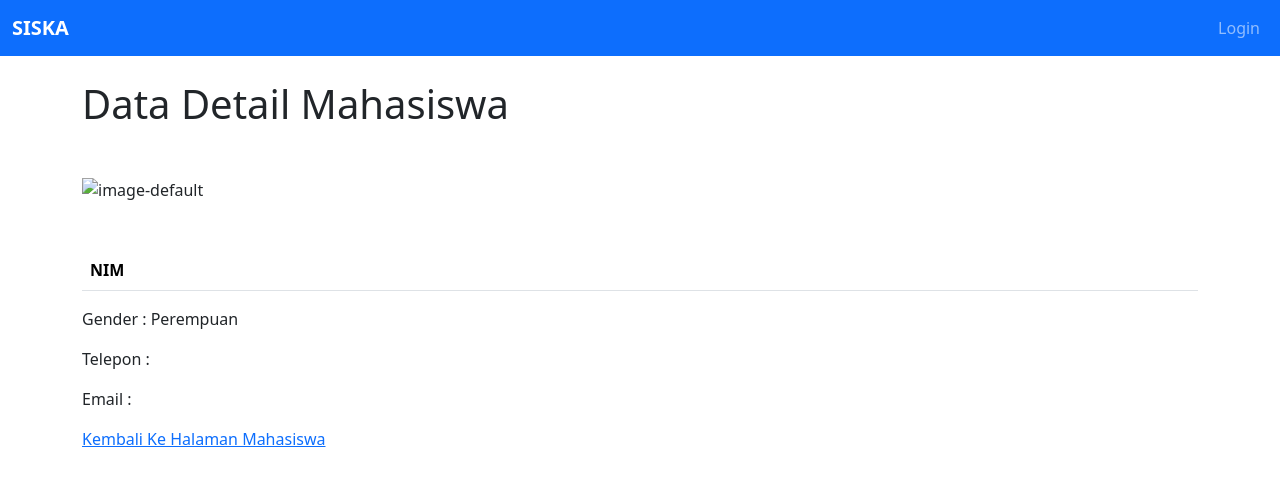
Repository: WiraAtma/administrasi-kampus
Page: resources/views/mahasiswa-detail.blade.php
An editor plug-in stored every save of this project. The page is shown before and after the next save, followed by the edit.
The browser window is 1280 px wide. The pictures show the whole page.
The page is served by the project's Laravel application, run on PHP 8.4 with Laravel 12. Other server files are loaded and not shown. The template is opened directly, without the code that normally fills it, so the values that code supplies are empty.

Above is the page before, as saved 2024-10-26 16:07:16.

### routes/web.php
<?php

use App\Http\Controllers\AuthController;
use App\Http\Controllers\FakultasController;
use App\Http\Controllers\MahasiswaController;
use App\Http\Controllers\ProdiController;
use App\Http\Middleware\AdminAccess;
use App\Http\Middleware\DosenAccess;
use Illuminate\Support\Facades\Route;

Route::get('/', function() {
    return view('home');
});

Route::get('/login', [AuthController::class, 'login'])->name('login')->middleware('guest');
Route::post('/login', [AuthController::class, 'authenticing'])->middleware('guest');
Route::get('/logout', [AuthController::class, 'logout']);

Route::get('/mahasiswa', [MahasiswaController::class, 'index'])->middleware('auth');
Route::get('/mahasiswa-detail/{id}', [MahasiswaController::class, 'show'])->middleware('auth');
Route::get('/mahasiswa-create', [MahasiswaController::class, 'create'])->middleware([AdminAccess::class]);
Route::post('/filter-mahasiswa', [MahasiswaController::class, 'store'])->middleware([AdminAccess::class]);
Route::get('/mahasiswa-edit/{id}', [MahasiswaController::class, 'edit'])->middleware([DosenAccess::class]);
Route::put('/filter-mahasiswa/{id}', [MahasiswaController::class, 'update'])->middleware([DosenAccess::class]);
Route::get('/mahasiswa-delete/{id}', [MahasiswaController::class, 'delete'])->middleware([AdminAccess::class]);
Route::delete('/filter-delete-mahasiswa/{id}', [MahasiswaController::class, 'destroy'])->middleware([AdminAccess::class]);
Route::get('/mahasiswa-temporary', [MahasiswaController::class, 'mahasiswaDeleted'])->middleware([AdminAccess::class]);
Route::get('/filter-restore-mahasiswa/{id}', [MahasiswaController::class, 'restore'])->middleware([AdminAccess::class]);

Route::get('/prodi', [ProdiController::class, 'index'])->middleware('auth');
Route::get('/prodi-detail/{id}', [ProdiController::class, 'show'])->middleware('auth');
Route::get('/prodi-create', [ProdiController::class, 'create'])->middleware([AdminAccess::class]);
Route::post('/filter-prodi', [ProdiController::class, 'store'])->middleware([AdminAccess::class]);
Route::get('/prodi-edit/{id}', [ProdiController::class, 'edit'])->middleware([DosenAccess::class]);
Route::post('/filter-prodi/{id}', [ProdiController::class, 'update'])->middleware([DosenAccess::class]);
Route::get('/prodi-delete/{id}', [ProdiController::class, 'delete'])->middleware([AdminAccess::class]);
Route::delete('/filter-delete-prodi/{id}', [ProdiController::class, 'destroy'])->middleware(AdminAccess::class);
Route::get('/prodi-temporary', [ProdiController::class, 'prodiDeleted'])->middleware([AdminAccess::class]);
Route::get('/filter-restore-prodi/{id}', [ProdiController::class, 'restore'])->middleware([AdminAccess::class]);

Route::get('/fakultas', [FakultasController::class, 'index'])->middleware('auth');

### resources/views/mahasiswa-detail.blade.php
@extends('layouts.mainLayouts')

@section('title','Detail Mahasiswa')

@section('content')
    <h1>Data Detail Mahasiswa</h1>
    <div class="my-5">
        @if ($mahasiswa->image != '')
            <img src="{{ asset('storage/photo/'. $mahasiswa->image) }}" alt="image" style="width:200px">
        @else
            <img src="{{ asset('storage/default/defaultPhoto.jpg') }}" alt="image-default" style="width:200px">
        @endif

    </div>
    <div class="mt-5">
        <table class="table" style="wid">
            <tr>
                <th>NIM</th>
                <td>{{ $mahasiswa->nim }}</td>
            </tr>
        </table>
        {{-- <p>NIM : </p>
        <p>Nama : {{ $mahasiswa->name }}</p>
        <p>Prodi : {{ $mahasiswa->prodi->name }}</p>
        <p>Fakultas :
            {{ $mahasiswa->prodi->fakultas->name }}
        </p> --}}
        <p>
            Gender :
            @if ($mahasiswa->gender === 'L')
                Laki - Laki
            @else
                Perempuan
            @endif
        </p>
        <p>Telepon : {{ $mahasiswa->phone }}</p>
        <p>Email : {{ $mahasiswa->email }}</p>
    </div>
    <a href="/mahasiswa">Kembali Ke Halaman Mahasiswa</a>
@endsection

### resources/views/layouts/mainLayouts.blade.php
<!DOCTYPE html>
<html lang="en">
<head>
    <meta charset="UTF-8">
    <meta name="viewport" content="width=device-width, initial-scale=1.0">
    <meta http-equiv="X-UA-Compatible" content="ie=edge">
    <title>SISKA | @yield('title')</title>
    <link href="https://cdn.jsdelivr.net/npm/bootstrap@5.3.3/dist/css/bootstrap.min.css" rel="stylesheet" integrity="sha384-QWTKZyjpPEjISv5WaRU9OFeRpok6YctnYmDr5pNlyT2bRjXh0JMhjY6hW+ALEwIH" crossorigin="anonymous">
</head>
<body>
    <nav class="navbar sticky-top bg-primary navbar-expand-lg" data-bs-theme="dark">
        <div class="container-fluid">
          <a class="navbar-brand" href="/" style="font-weight: bold">SISKA</a>
          <button class="navbar-toggler" type="button" data-bs-toggle="collapse" data-bs-target="#navbarTogglerDemo02" aria-controls="navbarTogglerDemo02" aria-expanded="false" aria-label="Toggle navigation">
            <span class="navbar-toggler-icon"></span>
          </button>
          <div class="collapse navbar-collapse" id="navbarTogglerDemo02">
              <ul class="navbar-nav me-auto mb-2 mb-lg-0">
              @if(auth()->check() && auth()->user()->name != '')
              @else
                <li class="nav-item">
                  <a class="nav-link invisible {{ request()->is('/') ? 'active' : ''}}" href="/">Beranda</a>
                </li>
              @endif
              @if(auth()->check() && auth()->user()->name != '')
                <li class="nav-item">
                  <a class="nav-link {{ request()->is('mahasiswa') ? 'active' : ''}}" href="/mahasiswa">Mahasiswa</a>
                </li>
                <li class="nav-item">
                  <a class="nav-link {{ request()->is('prodi') ? 'active' : ''}}" href="/prodi">Program Studi</a>
                </li>
                <li class="nav-item">
                  <a class="nav-link {{ request()->is('fakultas') ? 'active' : ''}}" href="/fakultas">Fakultas Kampus</a>
                </li>
              @else
              @endif
              </ul>
            <ul class="navbar-nav">
              <li class="nav-item">
                @if(auth()->check() && auth()->user()->name != '')
                  <a href="/logout" class="nav-link">Logout</a>
                @else
                  <a href="/login" class="nav-link">Login</a>
                @endif
              </li>
            </ul>
          </div>
        </div>
    </nav>
    <div class="container mt-4">
        @yield('content')
    </div>
    <script src="https://cdn.jsdelivr.net/npm/bootstrap@5.3.3/dist/js/bootstrap.bundle.min.js" integrity="sha384-YvpcrYf0tY3lHB60NNkmXc5s9fDVZLESaAA55NDzOxhy9GkcIdslK1eN7N6jIeHz" crossorigin="anonymous"></script>
</body>
</html>

After the next save:
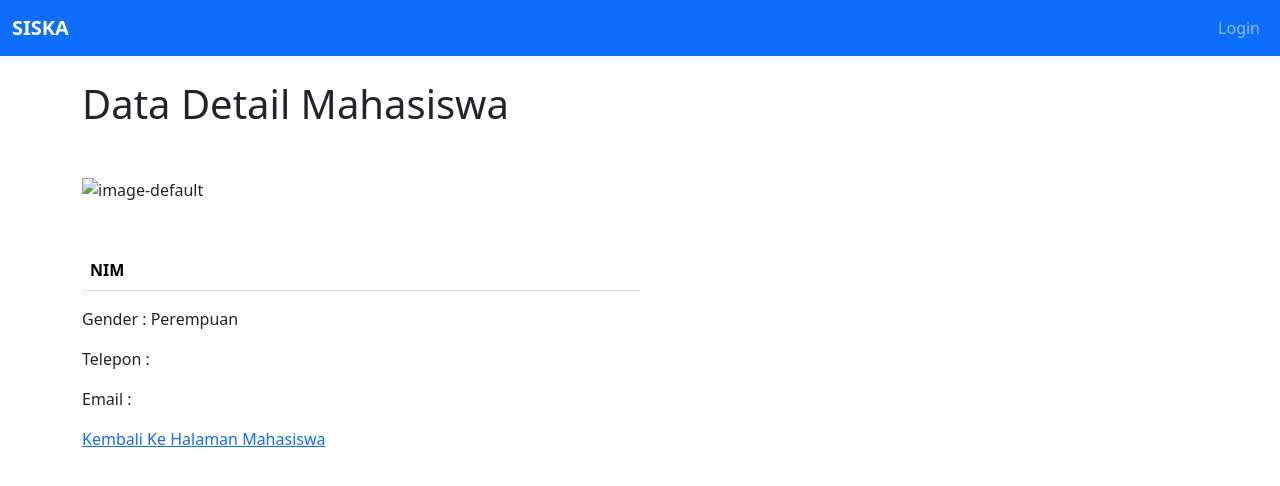
Saved 5 s later.
--- a/resources/views/mahasiswa-detail.blade.php
+++ b/resources/views/mahasiswa-detail.blade.php
@@ -13,7 +13,7 @@
 
     </div>
     <div class="mt-5">
-        <table class="table" style="wid">
+        <table class="table" style="width: 50%">
             <tr>
                 <th>NIM</th>
                 <td>{{ $mahasiswa->nim }}</td>
